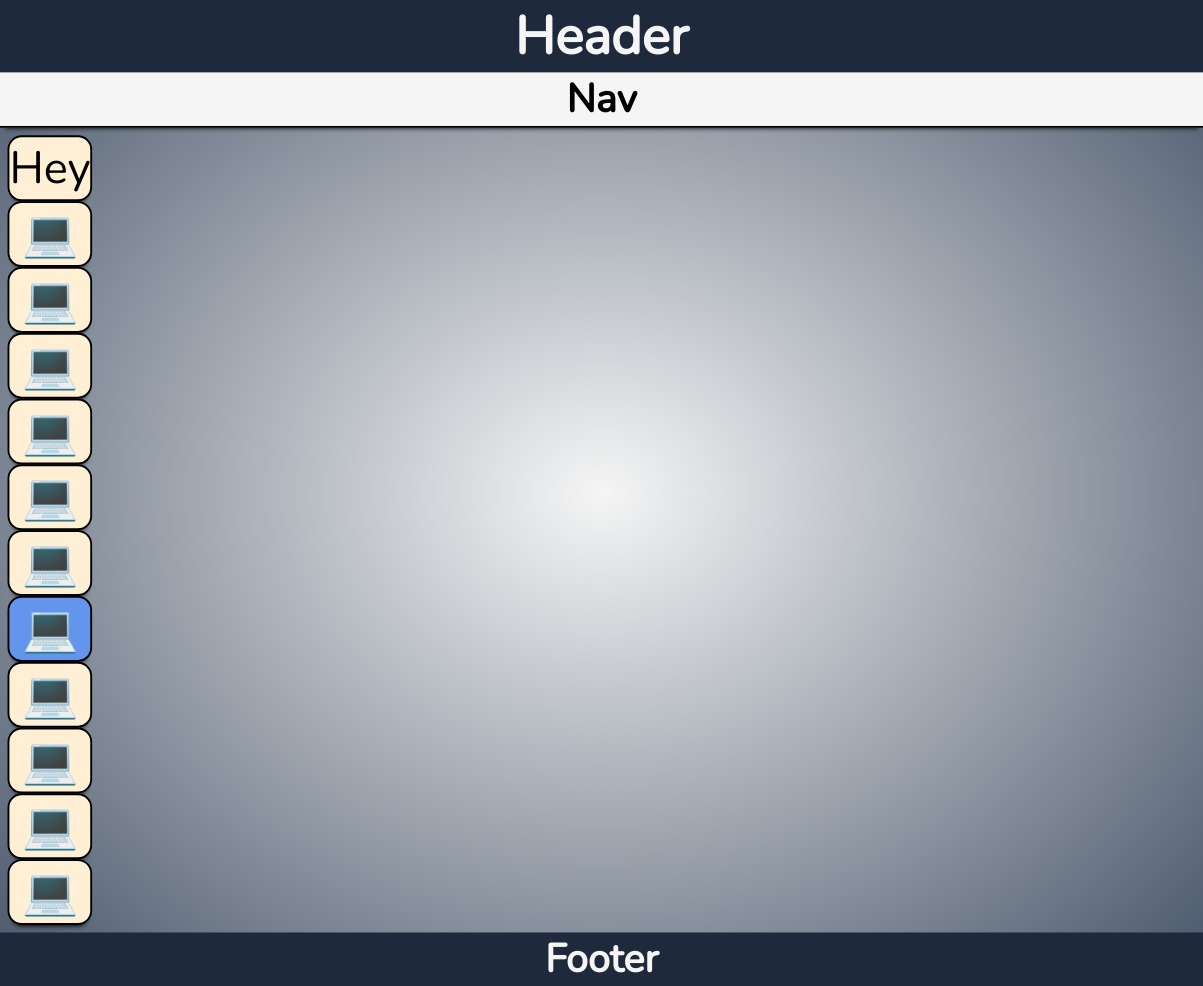
Repository: JavaProgrammerFromEastEurope/project-css-full-tutorial
Page: 21_lesson/index.html
The author's editor kept a copy of each file at every save. The page is drawn from the files as they stood at one save, then again after the next save.
The browser window is 1280 px wide. The pictures show the whole page, at 94% of full size.

Above is the page before, as saved 2023-04-07 14:49:48.

After the next save:
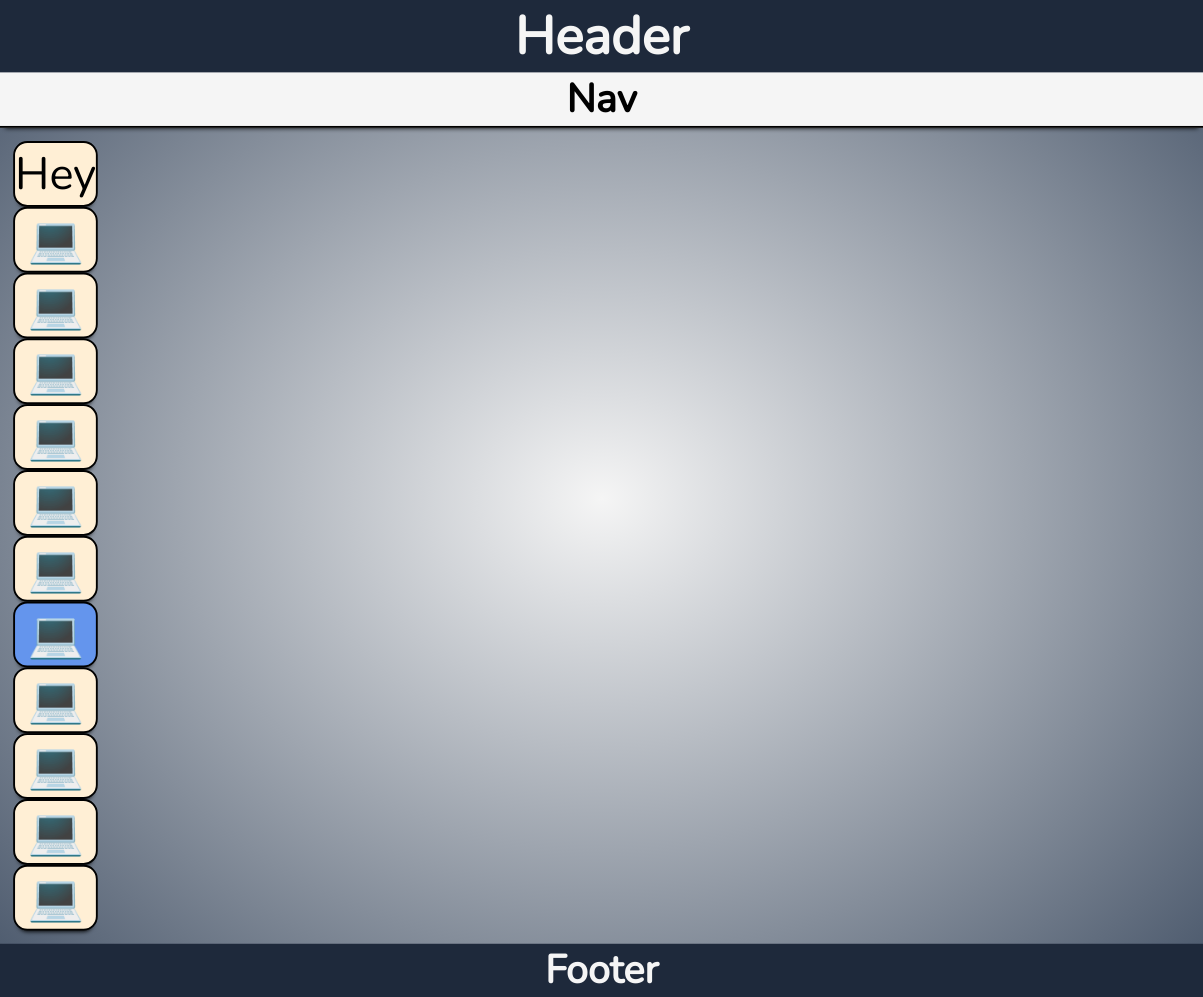
Saved 37 s later.
--- a/21_lesson/css/style.css
+++ b/21_lesson/css/style.css
@@ -27,7 +27,7 @@
   --SQUARE-SIZE: max(150px, 20vw);
 
   /* GENERAL */
-  --PADDING: 0.5rem;
+  --PADDING: 0.5em;
   --SHADOWS: 0 6px 5px -5px var(--DARK-COLOR);
   --BORDERS: 2px solid var(--DARK-COLOR);
 }
